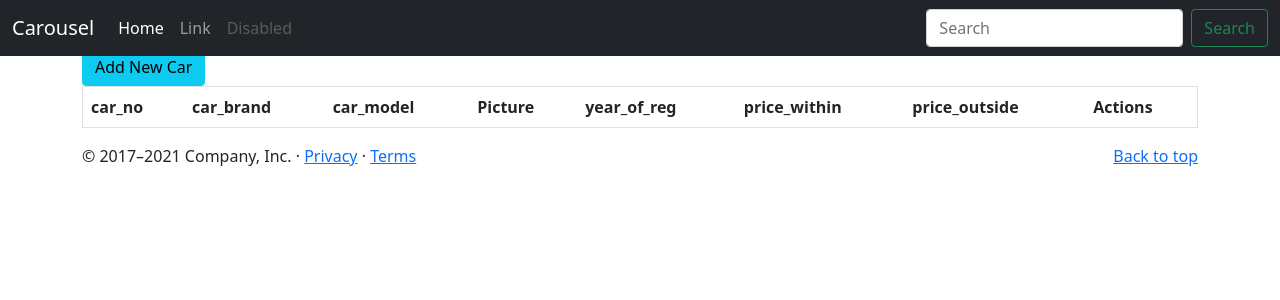
Repository: Cwills21/Aiti-dbc26.1-group-2
Page: http://localhost/cars
The author's editor kept a copy of each file at every save. The page is drawn from the files as they stood at one save, then again after the next save.
The browser window is 1280 px wide. The pictures show the whole page.
The page is served by the project's Laravel application, run on PHP 8.4 with Laravel 8. Other server files are loaded and not shown. Queries for data that is not in the repository find no rows.

Above is the page before, as saved 2022-03-09 22:51:34.

### routes/web.php
<?php

use App\Http\Controllers\CarController;
use Illuminate\Support\Facades\Route;

/*
|--------------------------------------------------------------------------
| Web Routes
|--------------------------------------------------------------------------
|
| Here is where you can register web routes for your application. These
| routes are loaded by the RouteServiceProvider within a group which
| contains the "web" middleware group. Now create something great!
|
*/

Route::get('/', function () {
    return view('welcome');
});

Route::get('/dashboard', function () {
    return view('dashboard');
})->middleware(['auth'])->name('dashboard');

require __DIR__.'/auth.php';

//Cars
Route::prefix('/cars')->group(function(){
    Route::get('/', [CarController::class, 'showAllCars'])->name('showAllCars');
    Route::get('/add', [CarController::class, 'showAddCarPage'])->name('showAddCarPage');
    Route::get('/{id}/edit', [CarController::class, 'showEditCarPage'])->name('updateCar');

    Route::post('/', [CarController::class, 'saveCar'])->name('saveCar');
    Route::put('/', [CarController::class, 'updateCar']);
    Route::delete('/', [CarController::class, 'deleteCar'])->name('deleteCar');

    });

### app/Http/Controllers/CarController.php
<?php

namespace App\Http\Controllers;

use Illuminate\Http\Request;
use App\Models\Car;

class CarController extends Controller
{
    public function showAllCars() {
        $allCars = Car::paginate(10);
        return view('cars.list')
                ->with('cars', $allCars);
    }

    public function showAddCarPage(){
       return view('cars.cars-form')
         ->with('car', new Car)
         ->with('edit', false);
    }

    public function showEditCarPage($id){
        $car = Car::findOrFail($id);
        return view('cars.cars-form')
         ->with('edit', true)
         ->with('car', $car);
    }
    public function savecar(Request $request){
        $request->validate([
     'car_no' => 'required|min:3|max:10|unique:cars,car_no',
     'car_brand' => 'required|min:3|max:50',
     'car_model' => 'required|min:3|max:50',
     'year_of_reg' => 'required|min:4|max:4',
     'price_within'=> 'required|numeric',
     'price_outside'=> 'required|numeric',
     'picture'=> 'image',

 ],[
     // custom messages
     'unique' => 'This :attribute is already registered in the system'
 ],[
     // custom attribute names
     'car_no' => 'Car munber',
 ]);
 $path = $request->file('picture')
     ->store('images');
 $newCar = new Car();
 $newCar->car_no = $request->input('car_no');
 $newCar->car_brand = $request->input('car_brand');
 $newCar->car_model = $request->input('car_model');
 $newCar->year_of_reg = $request->input('year_of_reg');
 $newCar->price_within = $request->input('price_within');
 $newCar->price_outside = $request->input('price_outside');
 $newCar->picture = $path;
 $newCar->save();
 session()->flash('alert', $newCar->Carname. ' Added successfully');
 return redirect('/cars');

}
public function updateCar(Request $request){
    $path = $request->file('picture')
     ->store('images');
    $car = Car::findOrFail( $request->input('id'));
    $car->car_no = $request->input('car_no');
    $car->car_brand = $request->input('car_brand');
    $car->car_model = $request->input('car_model');
    $car->year_of_reg = $request->input('year_of_reg');
    $car->price_within = $request->input('price_within');
    $car->price_outside = $request->input('price_outside');
    $car->picture = $path;
    $car->save();
    session()->flash('alert', $car->Carname. ' updated successfully');
    return redirect('/cars');
}
public function deleteCar(Request $request){
    $car = Car::findOrFail( $request->input('id'));
    $car->delete();
    session()->flash('alert', $car->Carname. ' deleted successfully');
    return redirect('/cars');
}
}

### app/Models/Car.php
<?php

namespace App\Models;

use Illuminate\Database\Eloquent\Factories\HasFactory;
use Illuminate\Database\Eloquent\Model;

class Car extends Model
{
    use HasFactory;

    public function getCarnameAttribute(){
        return $this->car_brand. ' '. $this->car_model. ' '. $this->car_no;
    }
}

### resources/views/cars/list.blade.php
@extends('layout.master')

@section('page_title', 'List of Cars')

@section('content')
<div>
    <a href="/cars/add" class="btn btn-info">Add New Car</a>
</div>
  <table class="table border">
  <thead>
    <tr>
      <th scope="col">car_no </th>
      <th scope="col">car_brand</th>
      <th scope="col">car_model</th>
      <th scope="col">Picture</th>
      <th scope="col">year_of_reg</th>
      <th scope="col">price_within</th>
      <th scope="col">price_outside</th>
      <th scope="col">Actions</th>
    </tr>
  </thead>
  <tbody>
      @foreach ($cars as $car)
      <tr>
        <td>{{$car->car_no}}</td>
        <td>{{$car->car_brand}}</td>
        <td>{{$car->car_model}}</td>
        <td><img style="height:80px" src="{{asset($car->picture)}}" class="img-thumbnail rounded"></td>
        <td>{{$car->year_of_reg}}</td>
        <td>{{$car->price_within}}</td>
        <td>{{$car->price_outside}}</td>
        <td class="right">
            <a type="button"
            href="{{route('updateCar', ['id' => $car->id])}}"
            class="btn btn-info">Edit</a>

            <button type="button"
            onclick="openModal('{{$car->Carname}}', '{{$car->id}}')"
            class="btn btn-danger"
            data-bs-toggle="modal"
            data-bs-target="#deleteCarModal">Delete</button>
        </td>
      </tr>

      @endforeach
  </tbody>
</table>

 <form action="/cars" name="delete_form" method="POST">
    @method('DELETE')
    @csrf
    <input type="hidden" id="car_id_in_form" name="id">
</form>

{{-- confirmation modal --}}
<div class="modal fade" tabindex="-1" id="deleteCarModal"
data-bs-backdrop="static"
data-bs-keyboard="false">
  <div class="modal-dialog">
    <div class="modal-content">
      <div class="modal-header">
        <h5 class="modal-title">Confirm Delete</h5>
        <button type="button" class="btn-close" data-bs-dismiss="modal" aria-label="Close"></button>
      </div>
      <div class="modal-body">
        <p>
            Are you sure you want to delete Car :
            <strong><em><span id="car_name_in_modal"></span></em></strong> ?
        </p>
      </div>
      <div class="modal-footer">
        <button type="button" class="btn btn-secondary" data-bs-dismiss="modal">Cancel</button>
        <button type="button" onclick="deleteCar()" class="btn btn-danger">Yes, delete record</button>
      </div>
    </div>
  </div>
</div>

<script>
    function openModal(carName, carId){
       const modalCarName = document.getElementById('car_name_in_modal');
       const formCarId = document.getElementById('car_id_in_form');
       modalCarName.textContent = carName;
       formCarId.value = carId;
    }

    function deleteCar(){
        const deleteForm = document.forms['delete_form'];
        deleteForm.submit();
    }
</script>
{{$cars->links()}}
@endsection

### resources/views/layout/master.blade.php

<!doctype html>
<html lang="en">
  <head>
    <meta charset="utf-8">
    <meta name="viewport" content="width=device-width, initial-scale=1">
    <meta name="description" content="">
    <meta name="author" content="Mark Otto, Jacob Thornton, and Bootstrap contributors">
    <meta name="generator" content="Hugo 0.88.1">
    <title>Carousel Template · Bootstrap v5.1</title>

    <link rel="canonical" href="https://getbootstrap.com/docs/5.1/examples/carousel/">



    <!-- Bootstrap core CSS -->
<link href="https://cdn.jsdelivr.net/npm/bootstrap@5.1.3/dist/css/bootstrap.min.css" rel="stylesheet" integrity="sha384-1BmE4kWBq78iYhFldvKuhfTAU6auU8tT94WrHftjDbrCEXSU1oBoqyl2QvZ6jIW3" crossorigin="anonymous">
    <!-- Favicons -->
<link rel="apple-touch-icon" href="/docs/5.1/assets/img/favicons/apple-touch-icon.png" sizes="180x180">
<link rel="icon" href="/docs/5.1/assets/img/favicons/favicon-32x32.png" sizes="32x32" type="image/png">
<link rel="icon" href="/docs/5.1/assets/img/favicons/favicon-16x16.png" sizes="16x16" type="image/png">
<link rel="manifest" href="/docs/5.1/assets/img/favicons/manifest.json">
<link rel="mask-icon" href="/docs/5.1/assets/img/favicons/safari-pinned-tab.svg" color="#7952b3">
<link rel="icon" href="/docs/5.1/assets/img/favicons/favicon.ico">
<meta name="theme-color" content="#7952b3">


    <style>
      .bd-placeholder-img {
        font-size: 1.125rem;
        text-anchor: middle;
        -webkit-user-select: none;
        -moz-user-select: none;
        user-select: none;
      }

      @media (min-width: 768px) {
        .bd-placeholder-img-lg {
          font-size: 3.5rem;
        }
      }
    </style>


    <!-- Custom styles for this template -->
    <link href="carousel.css" rel="stylesheet">
  </head>
  <body>

<header>
  <nav class="navbar navbar-expand-md navbar-dark fixed-top bg-dark">
    <div class="container-fluid">
      <a class="navbar-brand" href="#">Carousel</a>
      <button class="navbar-toggler" type="button" data-bs-toggle="collapse" data-bs-target="#navbarCollapse" aria-controls="navbarCollapse" aria-expanded="false" aria-label="Toggle navigation">
        <span class="navbar-toggler-icon"></span>
      </button>
      <div class="collapse navbar-collapse" id="navbarCollapse">
        <ul class="navbar-nav me-auto mb-2 mb-md-0">
          <li class="nav-item">
            <a class="nav-link active" aria-current="page" href="#">Home</a>
          </li>
          <li class="nav-item">
            <a class="nav-link" href="#">Link</a>
          </li>
          <li class="nav-item">
            <a class="nav-link disabled">Disabled</a>
          </li>
        </ul>
        <form class="d-flex">
          <input class="form-control me-2" type="search" placeholder="Search" aria-label="Search">
          <button class="btn btn-outline-success" type="submit">Search</button>
        </form>
      </div>
    </div>
  </nav>
</header>



<div class="container mt-5">
        @include('common.alert')
        {{-- @include('common.errors') --}}
        @yield('content')
</div>


  <!-- FOOTER -->
  <footer class="container">
    <p class="float-end"><a href="#">Back to top</a></p>
    <p>&copy; 2017–2021 Company, Inc. &middot; <a href="#">Privacy</a> &middot; <a href="#">Terms</a></p>
  </footer>

<!-- JavaScript Bundle with Popper -->
<script src="https://cdn.jsdelivr.net/npm/bootstrap@5.1.3/dist/js/bootstrap.bundle.min.js" integrity="sha384-ka7Sk0Gln4gmtz2MlQnikT1wXgYsOg+OMhuP+IlRH9sENBO0LRn5q+8nbTov4+1p" crossorigin="anonymous"></script>

  </body>
</html>

### resources/views/common/alert.blade.php
 @if(session()->has('alert'))
 <div class="alert alert-success" role="alert">
  {{session('alert')}}
</div>
@endif

Loaded but not shown: routes/auth.php (common file); app/Http/Controllers/Controller.php (common file); public/css/carousel.css (library)

After the next save:
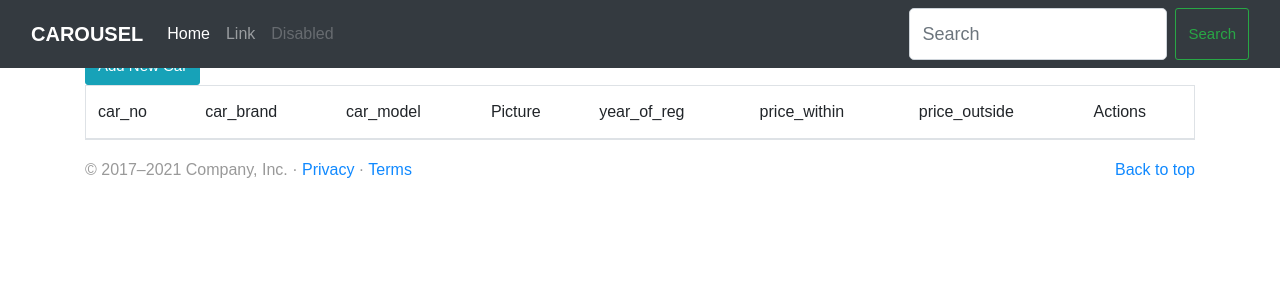
Saved 92 s later.
--- a/resources/views/layout/master.blade.php
+++ b/resources/views/layout/master.blade.php
@@ -43,7 +43,8 @@
 
 
     <!-- Custom styles for this template -->
-    <link href="carousel.css" rel="stylesheet">
+    <!-- <link href="carousel.css" rel="stylesheet"> -->
+    <link href="{{url('css/carousel.css') }}" rel="stylesheet">
   </head>
   <body>
 
